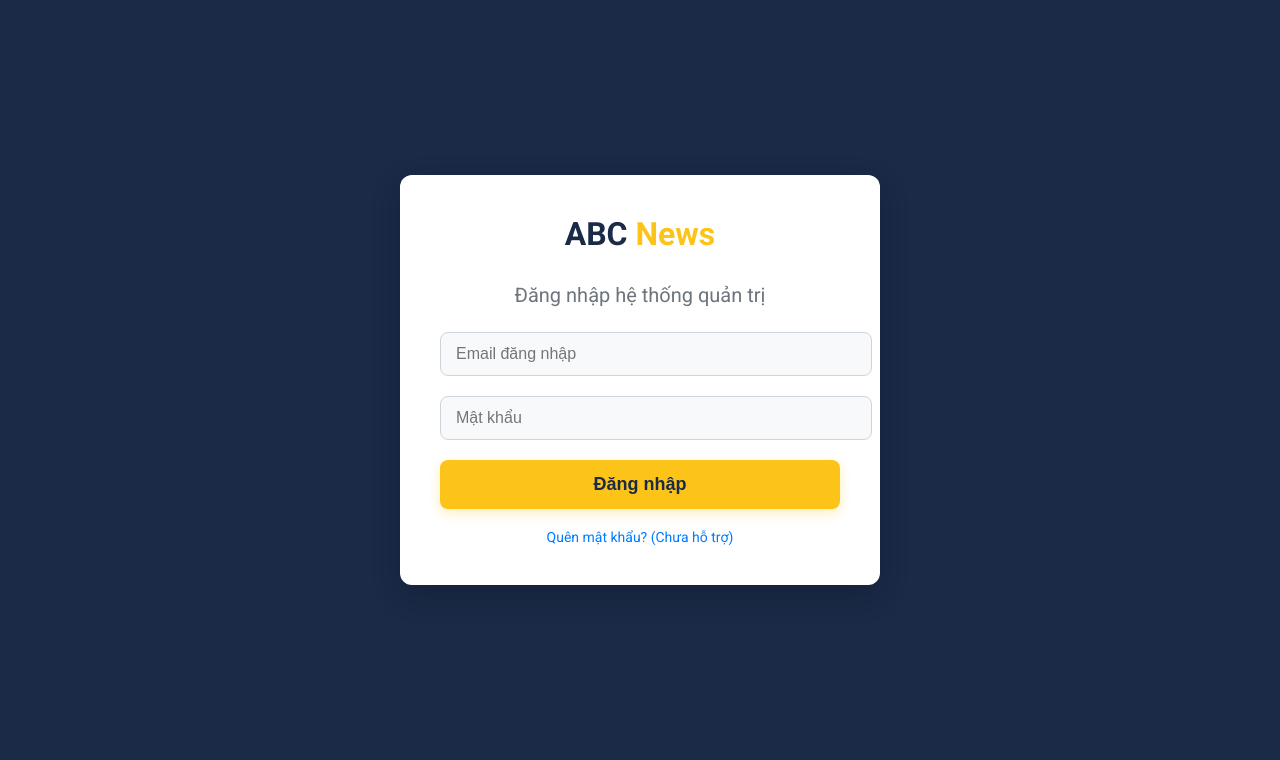
Repository: quylntpy00252-eng/Assignment
Page: http://localhost/Assignment/reporter/login.jsp
The author's editor kept a copy of each file at every save. The page is drawn from the files as they stood at one save, then again after the next save.
The browser window is 1280 px wide. The pictures show the whole page.
The page is served by Tomcat 10. Nobody is signed in. The application's start-up code is not run. Other server files are loaded and not shown.

Above is the page before, as saved 2025-10-24 01:04:39.

### Assignment/src/main/webapp/reporter/login.jsp
<%@ page contentType="text/html; charset=UTF-8" language="java" %>
<%@ taglib uri="http://java.sun.com/jsp/jstl/core" prefix="c" %>

<!DOCTYPE html>
<html lang="vi">
<head>
    <meta charset="UTF-8">
    <meta name="viewport" content="width=device-width, initial-scale=1.0">
    <title>ABC News - Đăng Nhập Hệ Thống</title>
    <link rel="stylesheet" href="https://fonts.googleapis.com/css2?family=Roboto:wght@300;400;500;700&display=swap">
    <style>
        /* ================================================= */
        /* CƠ SỞ CHUNG & NỀN */
        /* ================================================= */
        body {
            background-color: #1a2a47; /* Xanh Navy Sâu làm nền toàn bộ trang login */
            color: #495057;
            font-family: 'Roboto', sans-serif;
            display: flex;
            justify-content: center;
            align-items: center;
            min-height: 100vh;
            margin: 0;
            padding: 20px;
        }

        /* ================================================= */
        /* FORM ĐĂNG NHẬP */
        /* ================================================= */
        .login-container {
            background: #ffffff;
            border-radius: 12px;
            padding: 40px;
            width: 100%;
            max-width: 400px;
            box-shadow: 0 10px 30px rgba(0, 0, 0, 0.2);
            text-align: center;
        }

        .login-logo {
            font-size: 32px;
            font-weight: 700;
            color: #1a2a47; /* Xanh Navy */
            margin-bottom: 30px;
        }

        .login-logo span {
            color: #fcc419; /* Vàng ấm */
        }

        .login-container h2 {
            font-size: 20px;
            color: #6c757d;
            font-weight: 400;
            margin-bottom: 25px;
        }

        /* Message (Lỗi/Thông báo) */
        .error-message {
            color: #e53935; /* Đỏ */
            background-color: #fcebeb;
            border: 1px solid #e53935;
            padding: 10px;
            border-radius: 6px;
            margin-bottom: 20px;
            font-size: 14px;
        }
        .success-message {
            color: #28a745; /* Xanh lá */
            background-color: #e8f9ed;
            border: 1px solid #28a745;
            padding: 10px;
            border-radius: 6px;
            margin-bottom: 20px;
            font-size: 14px;
        }

        /* Form Group */
        .form-group {
            margin-bottom: 20px;
            text-align: left;
        }

        .form-group label {
            display: none; /* Ẩn label nếu dùng placeholder */
        }

        .form-group input {
            width: 100%;
            padding: 12px 15px;
            border: 1px solid #ced4da;
            border-radius: 8px;
            font-size: 16px;
            color: #495057;
            background-color: #f8f9fa;
            transition: border-color 0.2s, box-shadow 0.2s;
        }

        .form-group input:focus {
            border-color: #fcc419; /* Vàng ấm khi focus */
            box-shadow: 0 0 0 3px rgba(252, 196, 25, 0.25);
            outline: none;
            background-color: #ffffff;
        }

        /* Nút Đăng nhập */
        .submit-btn {
            width: 100%;
            padding: 14px 25px;
            background: #fcc419; /* Vàng ấm */
            color: #1a2a47; /* Chữ Xanh Navy đậm */
            border: none;
            border-radius: 8px;
            font-size: 18px;
            font-weight: 700;
            cursor: pointer;
            transition: background-color 0.3s, transform 0.2s;
            box-shadow: 0 4px 12px rgba(252, 196, 25, 0.3);
        }

        .submit-btn:hover {
            background: #ffbe00;
            transform: translateY(-1px);
        }

        .forgot-pass {
            margin-top: 20px;
            font-size: 14px;
        }
        .forgot-pass a {
            color: #007bff; /* Xanh dương tiêu chuẩn cho link */
            text-decoration: none;
        }
        .forgot-pass a:hover {
            text-decoration: underline;
        }

        @media (max-width: 480px) {
            .login-container {
                padding: 30px 20px;
            }
        }
    </style>
</head>
<body>

<div class="login-container">
    <div class="login-logo">ABC <span>News</span></div>
    <h2>Đăng nhập hệ thống quản trị</h2>

    <%-- Hiển thị thông báo lỗi (nếu có) --%>
    <c:if test="${not empty requestScope.errorMessage}">
        <div class="error-message">
            ${requestScope.errorMessage}
        </div>
    </c:if>

    <%-- Hiển thị thông báo thành công (ví dụ: đăng xuất thành công) --%>
    <c:if test="${not empty requestScope.successMessage}">
        <div class="success-message">
            ${requestScope.successMessage}
        </div>
    </c:if>

    <form action="${pageContext.request.contextPath}/login" method="post">
        <div class="form-group">
            <label for="email">Email</label>
            <input type="email" id="email" name="email"
                   placeholder="Email đăng nhập" required>
        </div>
        <div class="form-group">
            <label for="password">Mật khẩu</label>
            <input type="password" id="password" name="password"
                   placeholder="Mật khẩu" required>
        </div>
        <button type="submit" class="submit-btn">Đăng nhập</button>
    </form>

    <div class="forgot-pass">
        <a href="#">Quên mật khẩu? (Chưa hỗ trợ)</a>
    </div>
</div>

</body>
</html>

After the next save:
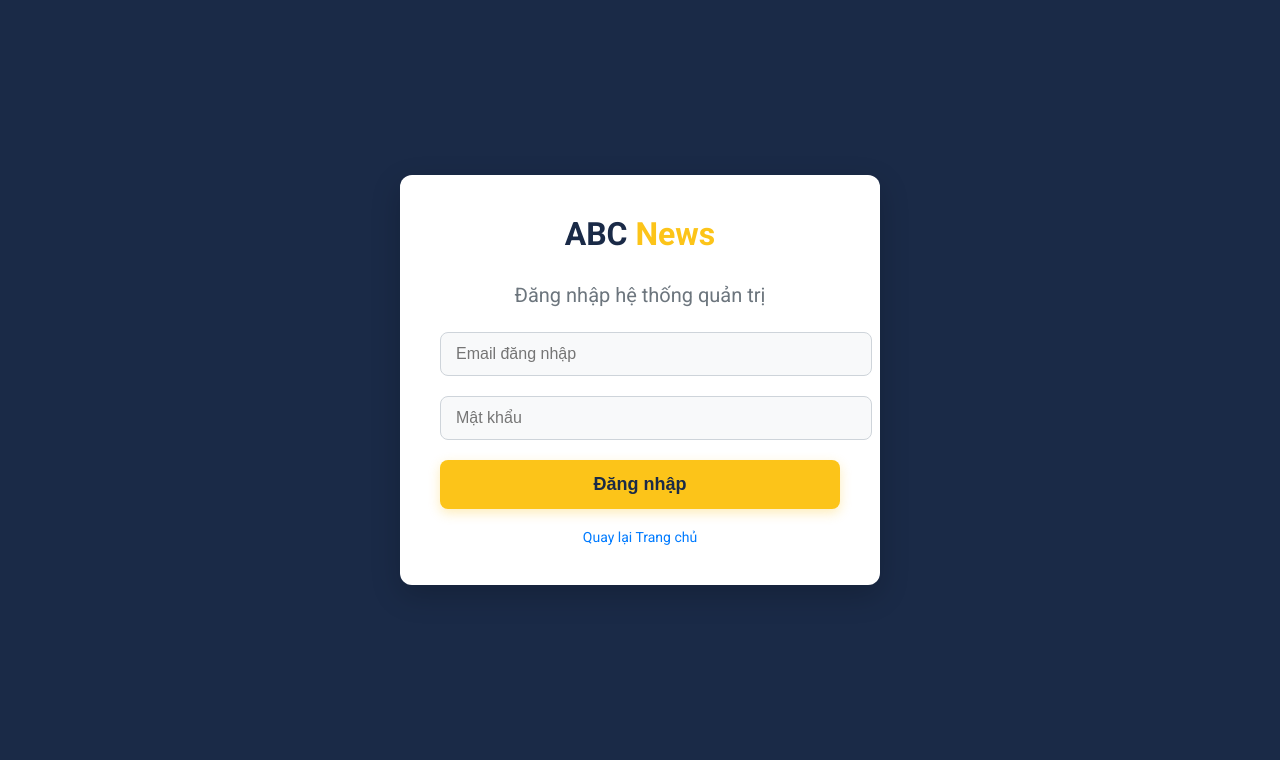
Saved 8 min 49 s later.
--- a/Assignment/src/main/webapp/reporter/login.jsp
+++ b/Assignment/src/main/webapp/reporter/login.jsp
@@ -8,9 +8,10 @@
     <meta name="viewport" content="width=device-width, initial-scale=1.0">
     <title>ABC News - Đăng Nhập Hệ Thống</title>
     <link rel="stylesheet" href="https://fonts.googleapis.com/css2?family=Roboto:wght@300;400;500;700&display=swap">
+
     <style>
         /* ================================================= */
-        /* CƠ SỞ CHUNG & NỀN */
+        /* CƠ SỞ CHUNG & NỀN (Đồng bộ) */
         /* ================================================= */
         body {
             background-color: #1a2a47; /* Xanh Navy Sâu làm nền toàn bộ trang login */
@@ -25,7 +26,7 @@
         }
 
         /* ================================================= */
-        /* FORM ĐĂNG NHẬP */
+        /* FORM ĐĂNG NHẬP (Đồng bộ) */
         /* ================================================= */
         .login-container {
             background: #ffffff;
@@ -56,33 +57,28 @@
         }
 
         /* Message (Lỗi/Thông báo) */
+        .message-box {
+            padding: 10px;
+            border-radius: 6px;
+            margin-bottom: 20px;
+            font-size: 14px;
+            text-align: left;
+        }
         .error-message {
             color: #e53935; /* Đỏ */
             background-color: #fcebeb;
             border: 1px solid #e53935;
-            padding: 10px;
-            border-radius: 6px;
-            margin-bottom: 20px;
-            font-size: 14px;
         }
         .success-message {
             color: #28a745; /* Xanh lá */
             background-color: #e8f9ed;
             border: 1px solid #28a745;
-            padding: 10px;
-            border-radius: 6px;
-            margin-bottom: 20px;
-            font-size: 14px;
         }
 
         /* Form Group */
         .form-group {
             margin-bottom: 20px;
             text-align: left;
-        }
-
-        .form-group label {
-            display: none; /* Ẩn label nếu dùng placeholder */
         }
 
         .form-group input {
@@ -128,7 +124,7 @@
             font-size: 14px;
         }
         .forgot-pass a {
-            color: #007bff; /* Xanh dương tiêu chuẩn cho link */
+            color: #007bff;
             text-decoration: none;
         }
         .forgot-pass a:hover {
@@ -148,28 +144,26 @@
     <div class="login-logo">ABC <span>News</span></div>
     <h2>Đăng nhập hệ thống quản trị</h2>
 
-    <%-- Hiển thị thông báo lỗi (nếu có) --%>
-    <c:if test="${not empty requestScope.errorMessage}">
-        <div class="error-message">
-            ${requestScope.errorMessage}
+    <%-- Hiển thị thông báo lỗi (ví dụ: đăng nhập thất bại) --%>
+    <c:if test="${param.error == 1}">
+        <div class="message-box error-message">
+            Email hoặc mật khẩu không đúng. Vui lòng thử lại.
         </div>
     </c:if>
 
-    <%-- Hiển thị thông báo thành công (ví dụ: đăng xuất thành công) --%>
-    <c:if test="${not empty requestScope.successMessage}">
-        <div class="success-message">
-            ${requestScope.successMessage}
+    <%-- Hiển thị thông báo khi đăng xuất/yêu cầu đăng nhập --%>
+    <c:if test="${param.msg == 'required'}">
+        <div class="message-box error-message">
+            Phiên làm việc đã hết hạn hoặc bạn cần đăng nhập để tiếp tục.
         </div>
     </c:if>
 
     <form action="${pageContext.request.contextPath}/login" method="post">
         <div class="form-group">
-            <label for="email">Email</label>
             <input type="email" id="email" name="email"
                    placeholder="Email đăng nhập" required>
         </div>
         <div class="form-group">
-            <label for="password">Mật khẩu</label>
             <input type="password" id="password" name="password"
                    placeholder="Mật khẩu" required>
         </div>
@@ -177,7 +171,7 @@
     </form>
 
     <div class="forgot-pass">
-        <a href="#">Quên mật khẩu? (Chưa hỗ trợ)</a>
+        <a href="${pageContext.request.contextPath}/index">Quay lại Trang chủ</a>
     </div>
 </div>
 
